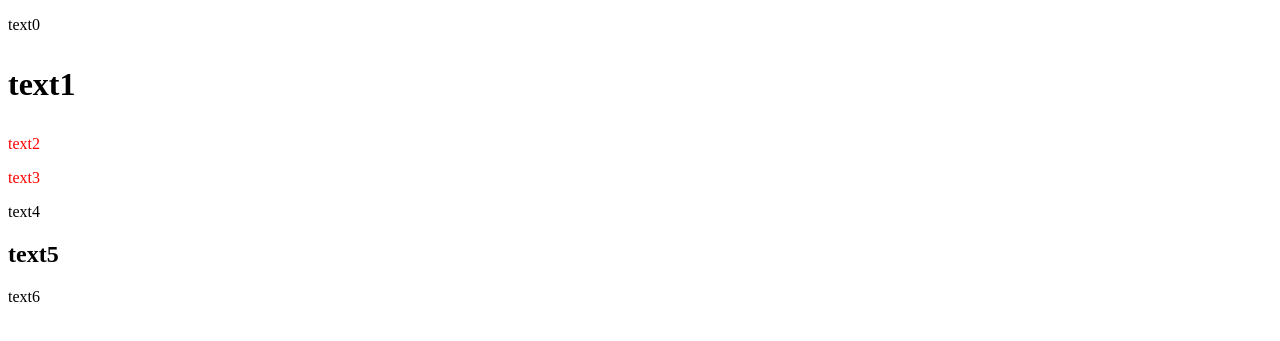
Repository: D-Savanchuk/Tasks
Page: index.html
These files come from the project's save history. The page is drawn as it stood at one moment and after the next save; the edit follows.
The browser window is 1280 px wide. The pictures show the whole page.

Above is the page before, as saved 2022-10-13 12:10:42.

After the next save:
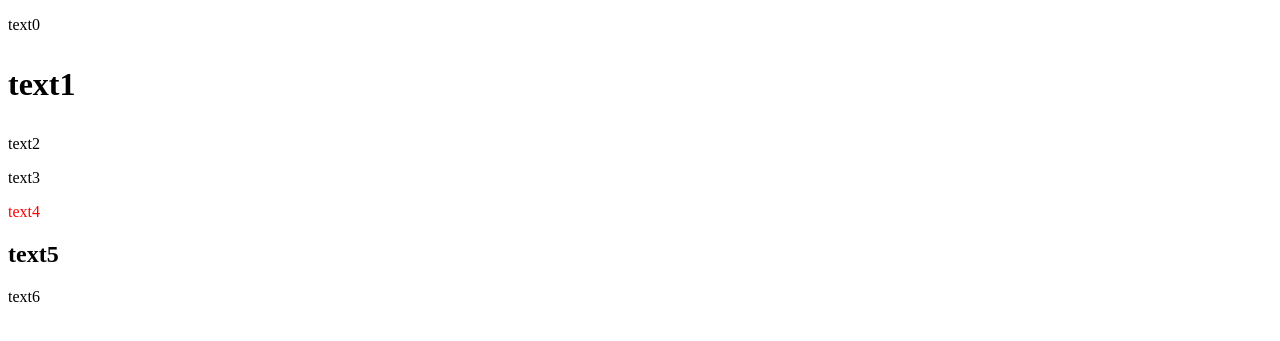
Saved 75 s later.
--- a/style2.css
+++ b/style2.css
@@ -29,6 +29,6 @@ main{
     grid-area: main;
 } */
 
-div > p {
+div + p {
     color: red;
     }
